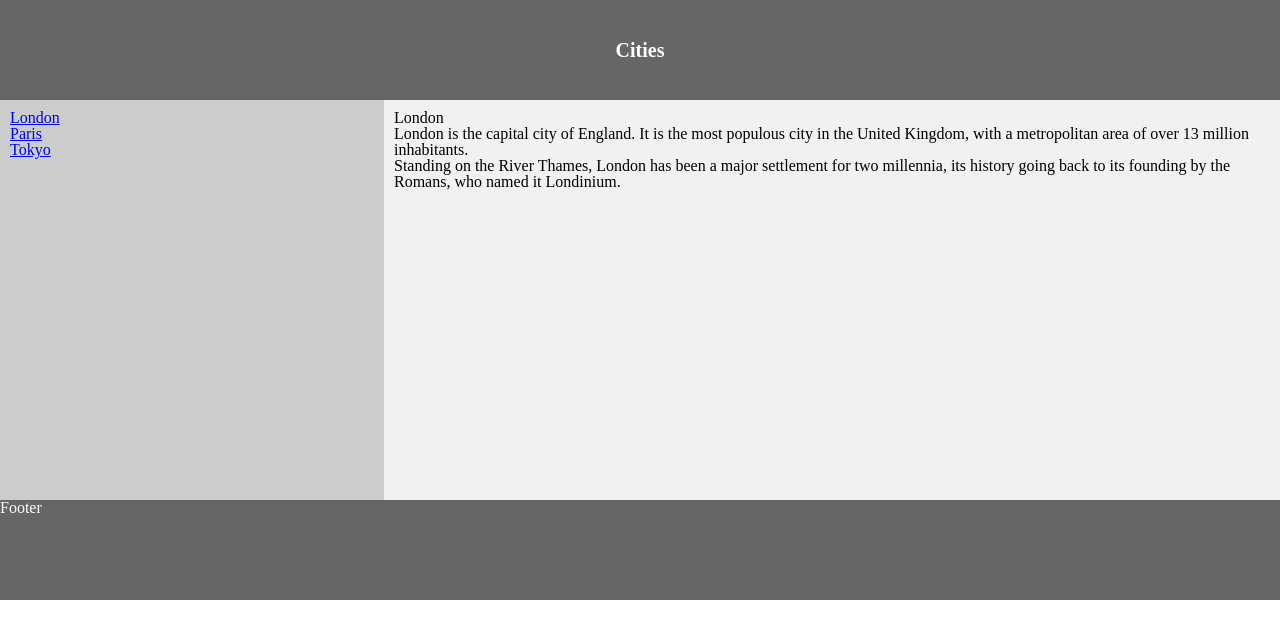
Repository: Tan-Khang21/TH_TKW--Buoi_06
Page: Bai_Tap_Tren_lop/Bai_01/LayoutCSS1.html
An editor plug-in stored every save of this project. The page is shown before and after the next save, followed by the edit.
The browser window is 1280 px wide. The pictures show the whole page.

Above is the page before, as saved 2024-03-11 19:54:30.

### Bai_Tap_Tren_lop/Bai_01/LayoutCSS1.html
<!DOCTYPE html>
<html lang="en">
  <head>
    <meta charset="UTF-8" />
    <meta name="viewport" content="width=device-width, initial-scale=1.0" />
    <title>Document</title>
    <link rel="stylesheet" href="style.css" />
    <link rel="stylesheet" href="reset.css" />
  </head>
  <body>
    <div class="title">Cities</div>
    <div class="content">
      <nav class="navigation">
        <a href="#">London</a>
        <a href="#">Paris</a>
        <a href="#">Tokyo</a>
      </nav>
      <div class="Article">
        <h5>London</h5>
        <p>
          London is the capital city of England. It is the most populous city in
          the United Kingdom, with a metropolitan area of over 13 million
          inhabitants.
        </p>
        <p>
          Standing on the River Thames, London has been a major settlement for
          two millennia, its history going back to its founding by the Romans,
          who named it Londinium.
        </p>
      </div>
    </div>
    <footer>Footer</footer>
  </body>
</html>

### Bai_Tap_Tren_lop/Bai_01/style.css
* {
  box-sizing: border-box;
}
body {
  width: 100%;
}
.title,
footer {
  height: 100px;
  background-color: #666666;
  color: white;
  font-size: 20px;
  font-weight: bold;
  display: flex;
  align-items: center;
  justify-content: center;
}
.navigation {
  width: 30%;
  height: 400px;
  background-color: #cccccc;
  padding: 10px;
  display: flex;
  flex-direction: column;
  float: left;
}
.Article {
  width: 70%;
  height: 400px;
  background-color: #f1f1f1;
  float: right;
  padding: 10px;
}
footer {
  clear: both;
  display: flex;
  align-items: center;
  justify-content: center;
}

Loaded but not shown: Bai_Tap_Tren_lop/Bai_01/reset.css (common file)

After the next save:
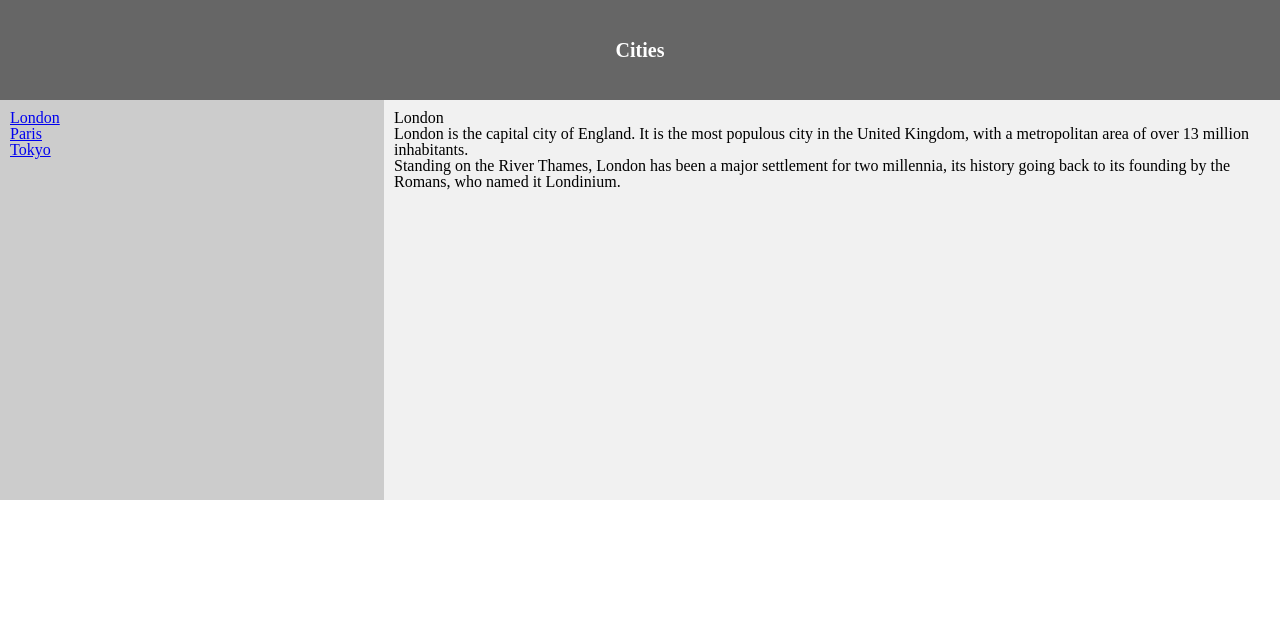
Saved 7 s later.
--- a/Bai_Tap_Tren_lop/Bai_01/style.css
+++ b/Bai_Tap_Tren_lop/Bai_01/style.css
@@ -32,7 +32,6 @@
   padding: 10px;
 }
 footer {
-  clear: both;
   display: flex;
   align-items: center;
   justify-content: center;

After the 2 saves that followed:
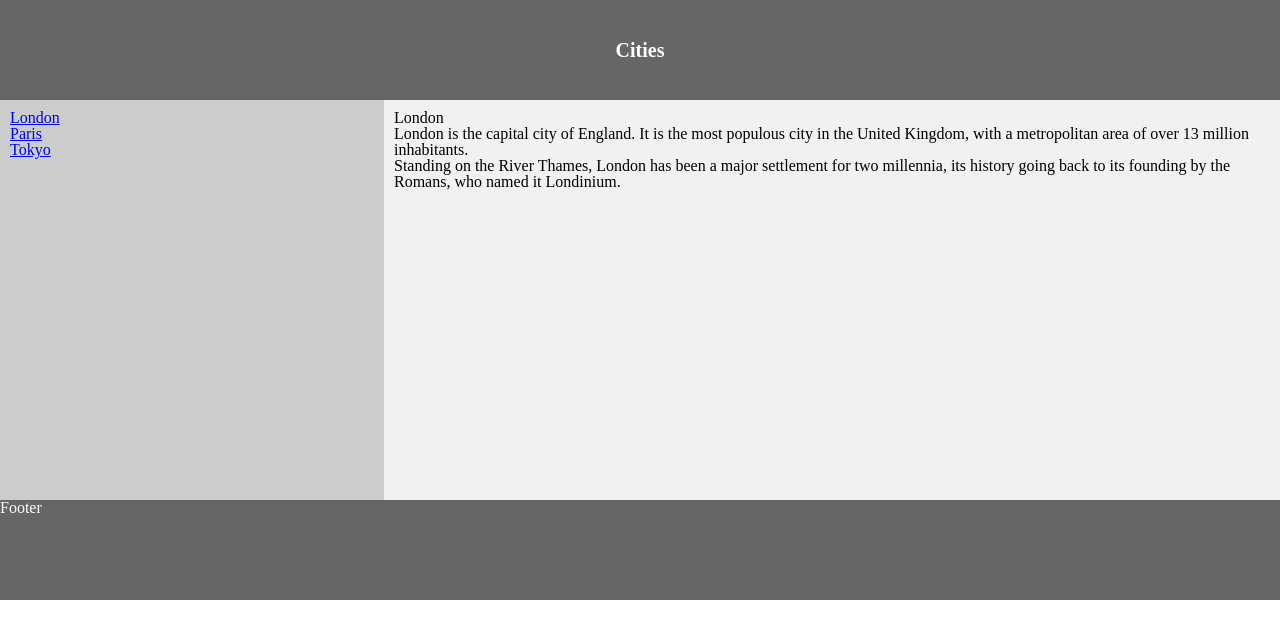
The 2 saves are shown as one change because 1 left the picture as it was.
The last was saved 22 s later.
--- a/Bai_Tap_Tren_lop/Bai_01/style.css
+++ b/Bai_Tap_Tren_lop/Bai_01/style.css
@@ -32,6 +32,7 @@
   padding: 10px;
 }
 footer {
+  clear: both;
   display: flex;
   align-items: center;
   justify-content: center;
